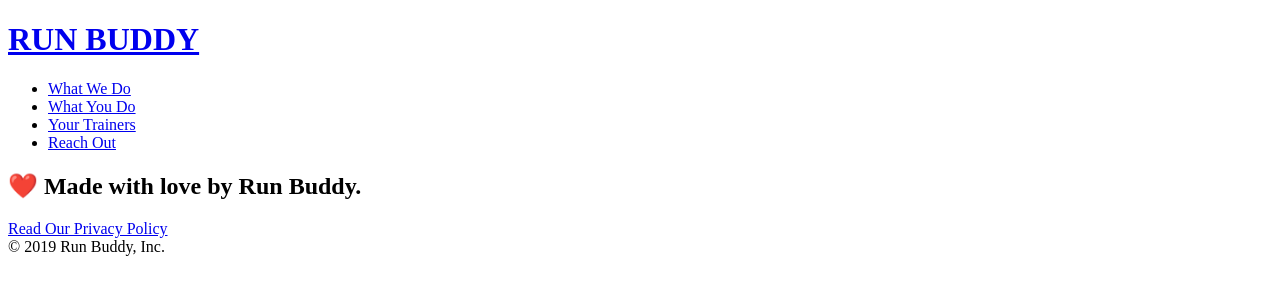
Repository: symlara/run-buddy
Page: privacy-policy.html
These files come from the project's save history. The page is drawn as it stood at one moment and after a run of saves; the edit follows.
The browser window is 1280 px wide. The pictures show the whole page.

Above is the page before, as saved 2020-12-10 21:29:18.

After the next 3 saves:
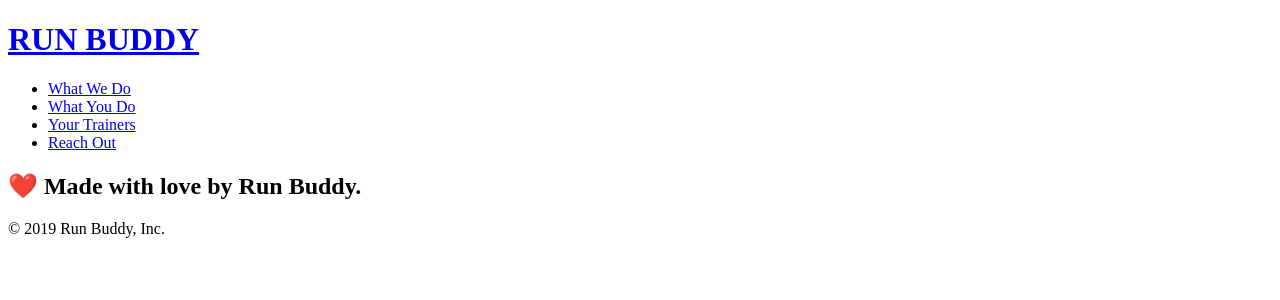
The 3 saves are shown as one change because they came seconds apart.
The last was saved 9 s later.
--- a/privacy-policy.html
+++ b/privacy-policy.html
@@ -42,7 +42,7 @@
       <footer>
         <h2>❤️ Made with love by Run Buddy.</h2>
         <div>
-          <a href="#">Read Our Privacy Policy</a><br />
+          <aRead Our Privacy Policy<br />
           &copy; 2019 Run Buddy, Inc.
         </div>
       </footer>
